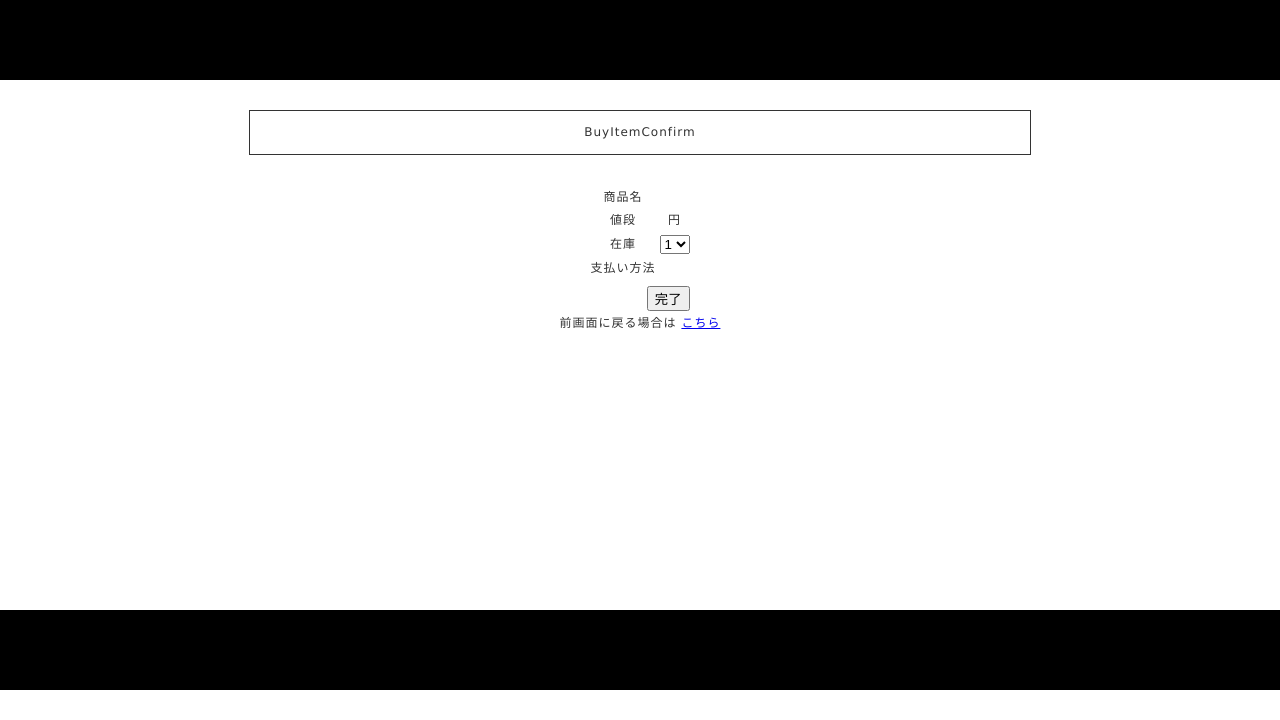
Repository: nyanya02/EC.Login1
Page: http://localhost/template/buyItemConfirm.jsp
An editor plug-in stored every save of this project. The page is shown before and after the next save, followed by the edit.
The browser window is 1280 px wide. The pictures show the whole page.
The page is served by Tomcat 9. Other server files are loaded and not shown.

Above is the page before, as saved 2018-04-17 12:24:20.

### template/WebContent/buyItemConfirm.jsp
<%@ page language="java" contentType="text/html; charset=UTF-8"
    pageEncoding="UTF-8"%>
<%@ taglib prefix="s" uri="/struts-tags"%>
<!DOCTYPE html>
<html>
<head>
<meta http-equiv="Content-Type" content="text/html; charset=UTF-8">
<meta http-equiv="Content-Style-Type" content="text/css" />
<meta http-equiv="Content-Script-Type" content="text/javascript" />
<meta http-equiv="imagetoolbar" content="no" />
<meta name="description" content="" />
<meta name="keywords" content="" />
<title>buyItem画面</title>

<style type="text/css">
/* ========TAG LAYOUT======== */
body{
margin:0;
padding:0;
line-height:1.6;
letter-spacing:1px;
font-family:Verdana, Helvetica, sans-serif;
font-size:12px;
color:#333;
background:#fff;
}

table{
text-align:center;
margin:0 auto;
}

/* ========ID LAYOUT======== */
#top{
width:780px;
margin:30px auto;
border:1px solid #333;
}

#header{
width: 100%;
height: 80px;
background-color: black;
}

#main{
width: 100%;
height: 500px;
text-align: center;
}

#footer{
width: 100%;
height: 80px;
background-color: black;
clear:both;
}
</style>
</head>
<body>

	<div id="header">
		<div id="pr"></div>
	</div>
	<div id="main">
		<div id="top">
			<p>BuyItemConfirm</p>
		</div>
		<div>
		<s:form action="BuyItemConfirmAction">
			<table>
				<tr>
					<td>
						<span>商品名</span>
					</td>
					<td>
						<s:property value="session.buyItem_name"/>
					</td>
				</tr>
				<tr>
					<td>
						<span>値段</span>
					</td>
					<td>
						<s:property value="session.buyItem_price"/>
						<span>円</span>
					</td>
				</tr>
				<tr>
					<td>
						<span>在庫</span>
					</td>
					<td>
						<select name="stock">
						<option value="1" selected="selected">1</option>
							<option value="2">2</option>
							<option value="3">3</option>
							<option value="4">4</option>
							<option value="5">5</option>
						</select>
					</td>
				</tr>
				<tr>
					<td>支払い方法</td>
					<td><s:property value="session.pay"/></td>
				</tr>
				<tr>
					<td>
						<s:submit value="完了"/>
					</td>
				</tr>
			</table>
		</s:form>
			<div>
				<span>前画面に戻る場合は</span>
				<a href='<s:url action="HomeAction"/>'>こちら</a>
			</div>
		</div>
	</div>
	<div id="footer">
		<div id="pr"></div>
	</div>

</body>
</html>

After the next save:
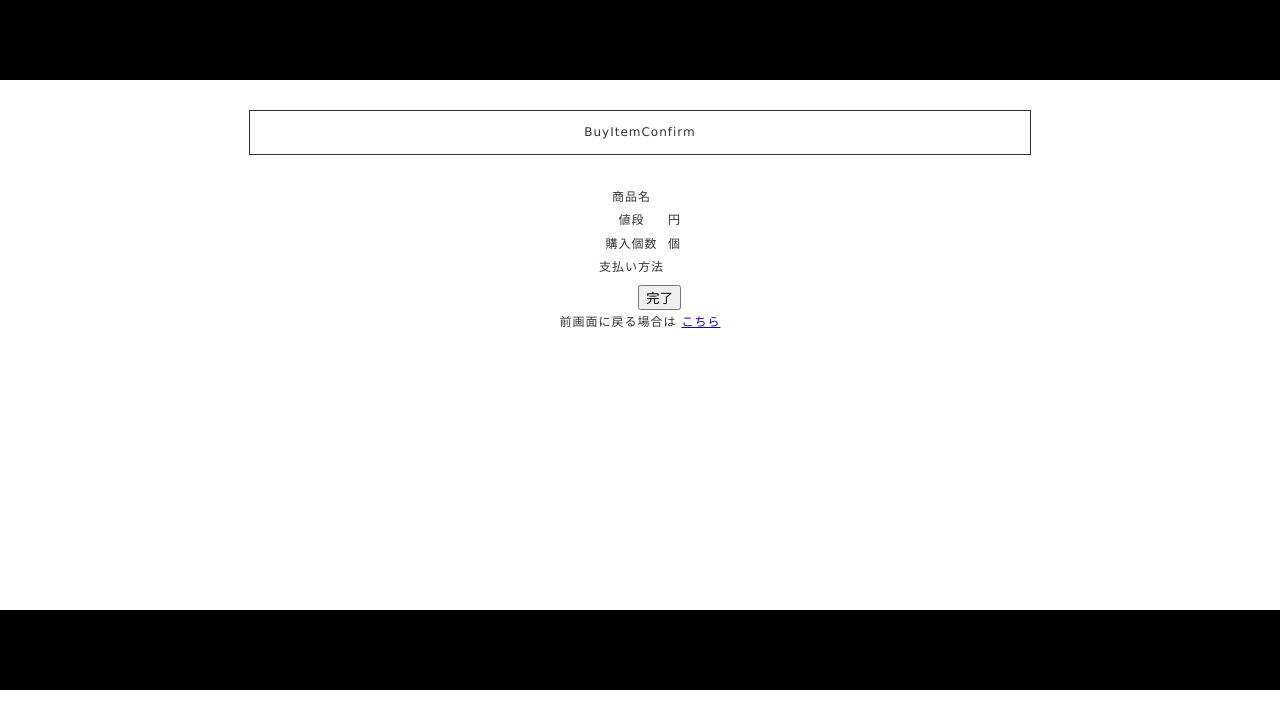
Saved 3 min 21 s later.
--- a/template/WebContent/buyItemConfirm.jsp
+++ b/template/WebContent/buyItemConfirm.jsp
@@ -87,17 +87,9 @@ clear:both;
 					</td>
 				</tr>
 				<tr>
-					<td>
-						<span>在庫</span>
-					</td>
-					<td>
-						<select name="stock">
-						<option value="1" selected="selected">1</option>
-							<option value="2">2</option>
-							<option value="3">3</option>
-							<option value="4">4</option>
-							<option value="5">5</option>
-						</select>
+					<td>購入個数</td>
+					<td> <s:property value="session.stock" />
+					<span>個</span>
 					</td>
 				</tr>
 				<tr>
